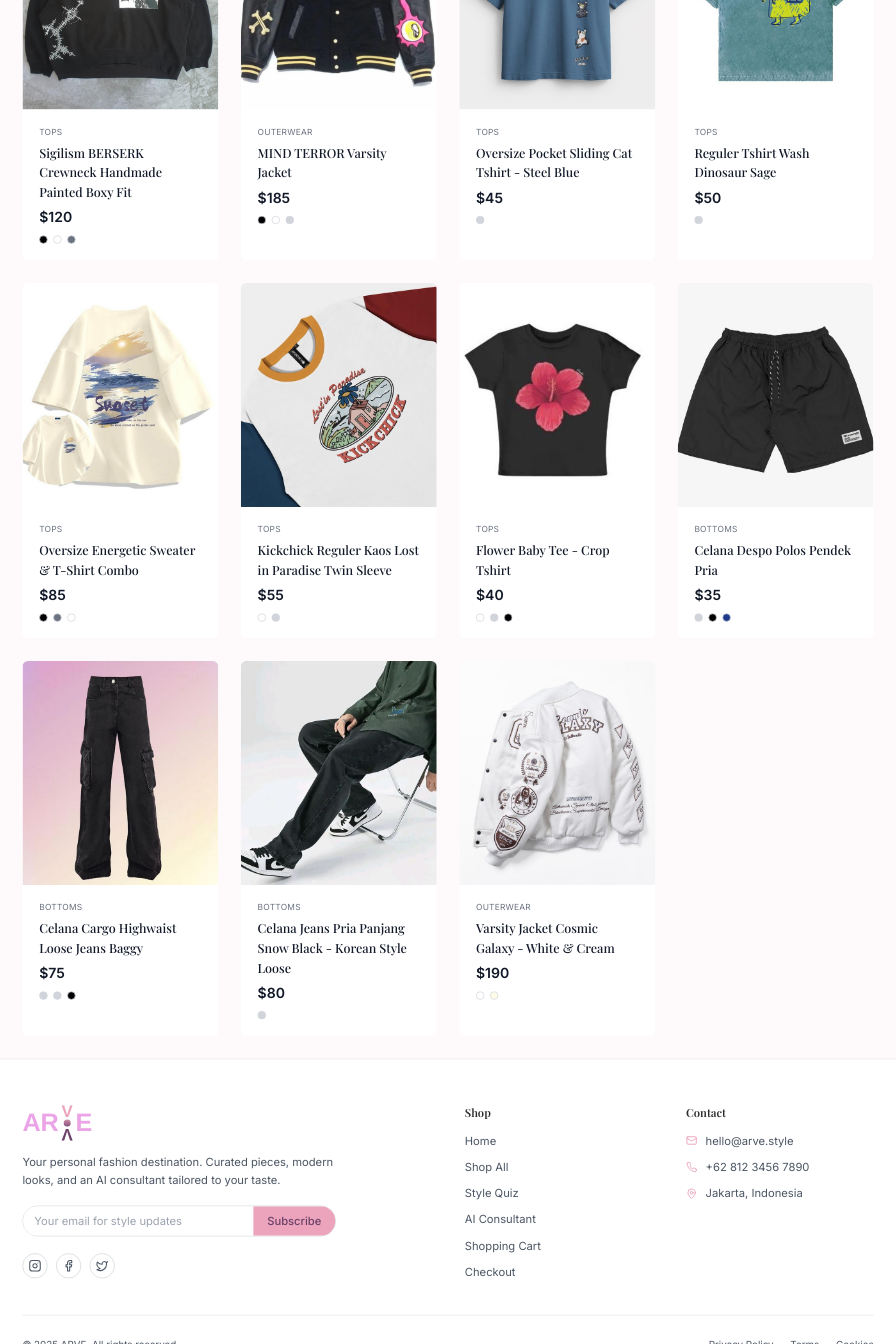
Repository: WhoIsR/Fashion-Web
Page: /catalog
The author's editor kept a copy of each file at every save. The page is drawn from the files as they stood at one save, then again after the next save.
The browser window is 1280 px wide. The pictures show the part of the page from y = 1636 to 3556 px (the page is 3631 px tall before and 3575 px after), at 70% of full size.
The project was rebuilt for these pictures with package versions that can differ from the ones it lists, and the page was loaded fresh each time. Also part of the build but not shown: vite.config.ts, src/pages/Home.tsx, src/pages/ProductDetail.tsx, src/pages/ShoppingCart.tsx, src/pages/StyleQuiz.tsx, src/pages/AIConsultant.tsx, src/pages/Profile.tsx.

Above is the page before, as saved 2025-08-22 09:32:21.

After the next save:
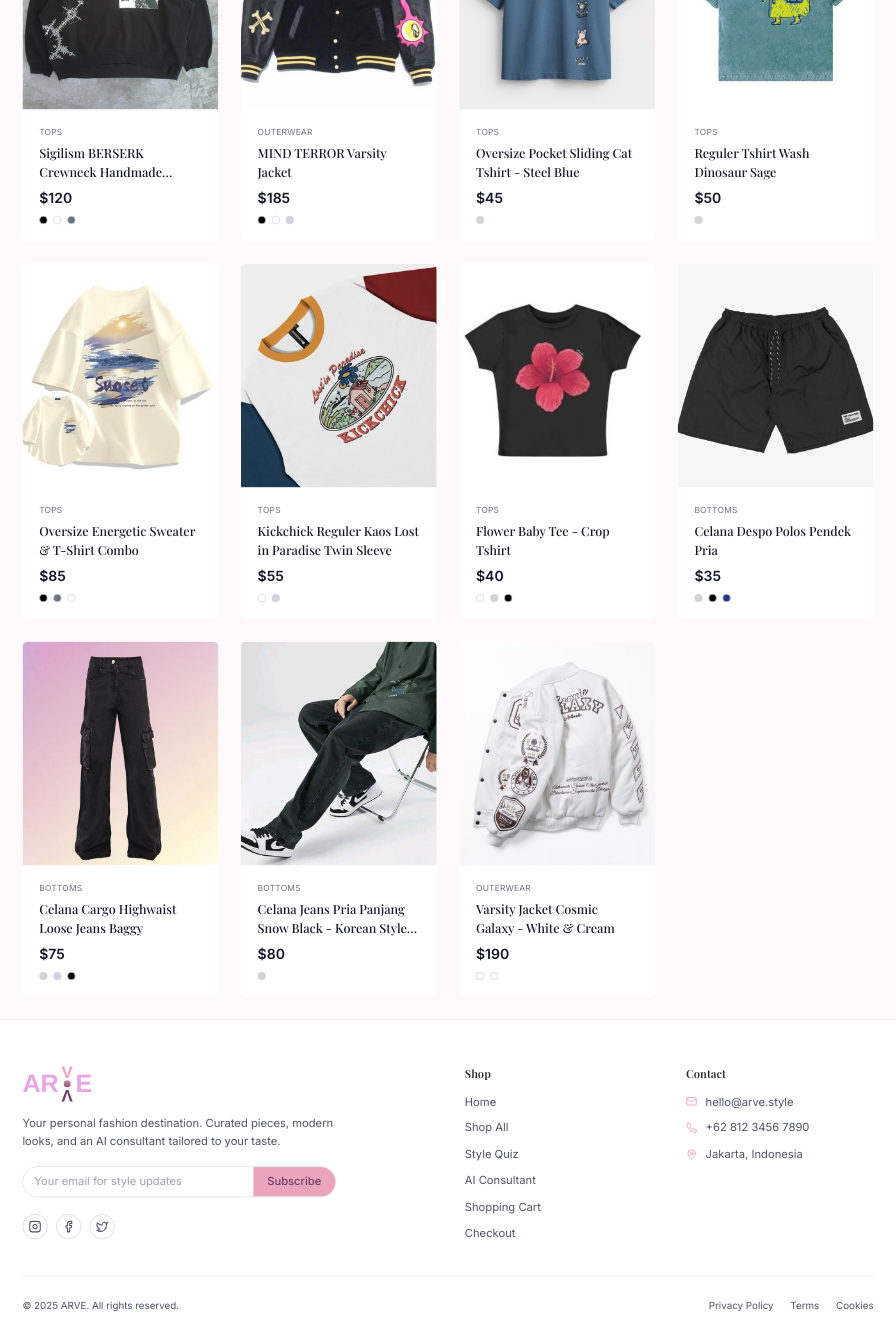
Saved 20 s later.
--- a/src/components/ProductCard.tsx
+++ b/src/components/ProductCard.tsx
@@ -27,9 +27,9 @@ const ProductCard: React.FC<ProductCardProps> = ({ product, clickable = false })
       aria-label={clickable ? `${product.name}` : undefined}
       tabIndex={clickable ? 0 : undefined}
     >
-      <div className="aspect-w-1 aspect-h-1 w-full overflow-hidden relative">
+    <div className="aspect-w-1 aspect-h-1 w-full overflow-hidden relative">
         <img
-          className="h-80 w-full object-cover object-center group-hover:scale-105 transition-transform duration-500"
+      className="h-40 sm:h-64 md:h-80 w-full object-cover object-center group-hover:scale-105 transition-transform duration-500"
           src={product.image}
           alt={product.name}
         />
@@ -61,11 +61,11 @@ const ProductCard: React.FC<ProductCardProps> = ({ product, clickable = false })
         </div>
       </div>
 
-      <div className="p-6">
+      <div className="p-3 sm:p-4 md:p-6">
         <p className="text-xs uppercase tracking-wide text-gray-500 dark:text-gray-400 mb-2">
           {product.category}
         </p>
-        <h3 className="text-lg font-medium text-gray-900 dark:text-dark-text mb-2">
+        <h3 className="text-sm sm:text-base md:text-lg font-medium text-gray-900 dark:text-dark-text mb-1 sm:mb-2 line-clamp-2">
           {clickable ? (
             <span className="hover:text-gray-600 dark:hover:text-gray-300 transition-colors duration-200">{product.name}</span>
           ) : (
@@ -74,12 +74,12 @@ const ProductCard: React.FC<ProductCardProps> = ({ product, clickable = false })
             </Link>
           )}
         </h3>
-        <p className="text-xl font-semibold text-gray-900 dark:text-dark-text">
+        <p className="text-base sm:text-lg md:text-xl font-semibold text-gray-900 dark:text-dark-text">
           ${product.price}
         </p>
 
         {/* Color dots */}
-        <div className="flex space-x-2 mt-3">
+  <div className="flex space-x-2 mt-2 sm:mt-3">
           {product.colors.slice(0, 4).map((color, index) => (
             <div
               key={index}
